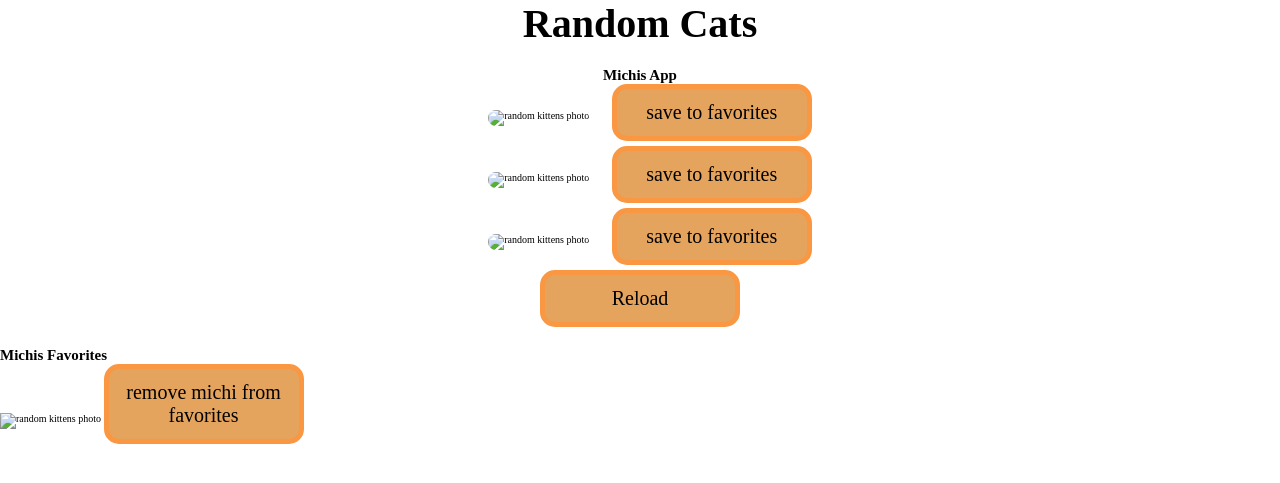
Repository: elto82/ConsumoAPIRESTjs
Page: index.html
The author's editor kept a copy of each file at every save. The page is drawn from the files as they stood at one save, then again after the next save.
The browser window is 1280 px wide. The pictures show the whole page.
The page's requests for data from a server got no answer.

Above is the page before, as saved 2022-07-02 20:13:14.

After the next save:
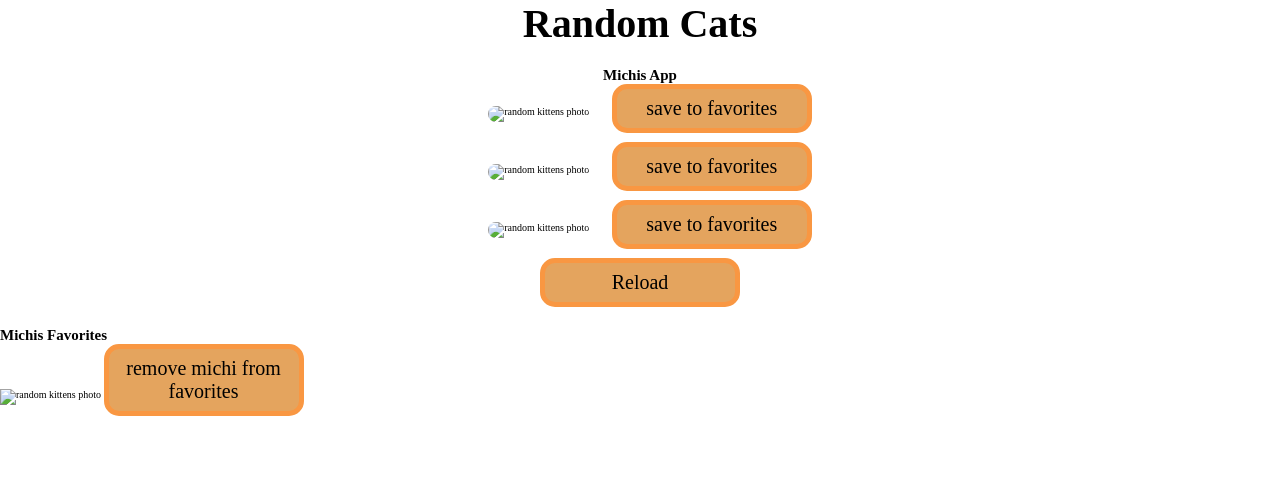
Saved 3 min 4 s later.
--- a/style.css
+++ b/style.css
@@ -37,7 +37,7 @@ h1 {
   cursor: pointer;
   font-family: 'Pacifico', cursive;
   font-size: 2rem;
-  padding: 12px;
+  padding: 0.8rem;
   width: 200px;
   height: auto;
 }
